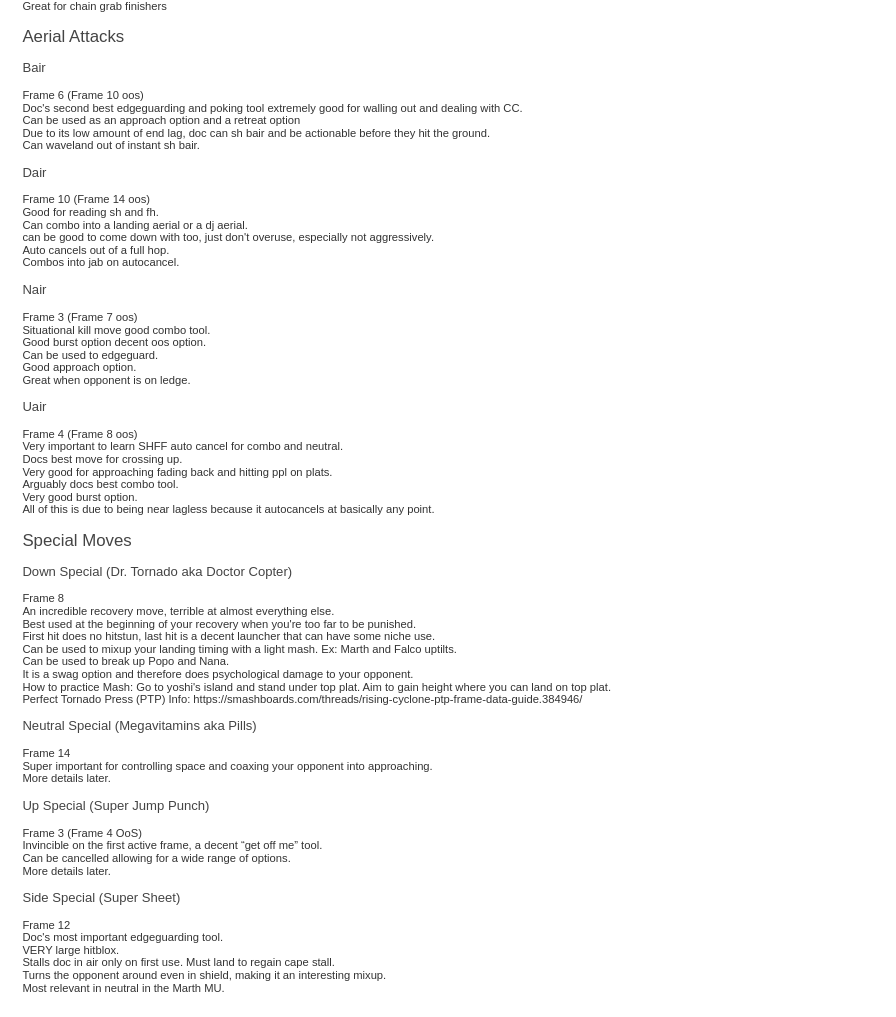
Repository: MatthewBakley/Doc-Document
Page: / (app in melee-doc-web/)
These files come from the project's save history. The page is drawn as it stood at one moment and after the next save; the edit follows.
The browser window is 1280 px wide. The pictures show the part of the page from y = 1868 to 3788 px (the page is 3321 px tall before and 3788 px after), at 70% of full size.
The project was rebuilt for these pictures with package versions that can differ from the ones it lists, and the page was loaded fresh each time. Also part of the build but not shown: melee-doc-web/angular.json.

Above is the page before, as saved 2022-10-29 16:27:33.

After the next save:
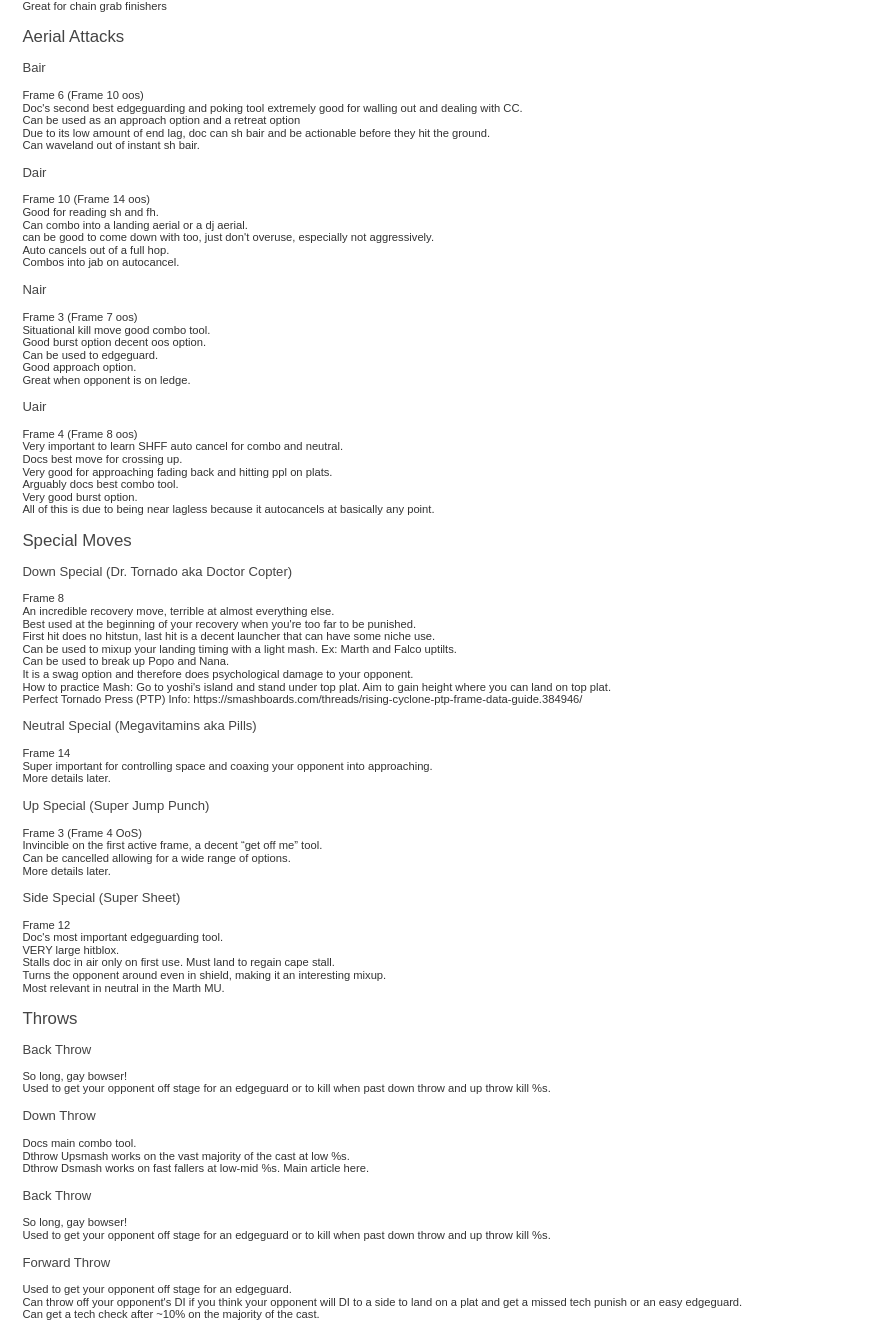
Saved 12 days later.
--- a/melee-doc-web/src/app/app.component.html
+++ b/melee-doc-web/src/app/app.component.html
@@ -186,3 +186,31 @@
   Turns the opponent around even in shield, making it an interesting mixup.<br>
   Most relevant in neutral in the Marth MU.<br>
 </p>
+
+<h2>Throws</h2>
+<h3>Back Throw</h3>
+<p>
+  So long, gay bowser!<br>
+  Used to get your opponent off stage for an edgeguard
+  or to kill when past down throw and up throw kill %s.<br>
+</p>
+<h3>Down Throw</h3>
+<p>
+  Docs main combo tool.<br>
+  Dthrow Upsmash works on the vast majority of the cast at low %s.<br>
+  Dthrow Dsmash works on fast fallers at low-mid %s.
+  Main article here.<br>
+</p>
+<h3>Back Throw</h3>
+<p>
+  So long, gay bowser!<br>
+  Used to get your opponent off stage for an edgeguard
+  or to kill when past down throw and up throw kill %s.<br>
+</p>
+<h3>Forward Throw</h3>
+<p>
+  Used to get your opponent off stage for an edgeguard.<br>
+  Can throw off your opponent's DI if you think your opponent will DI to a side to land on a plat
+  and get a missed tech punish or an easy edgeguard.<br>
+  Can get a tech check after ~10% on the majority of the cast.<br>
+</p>
